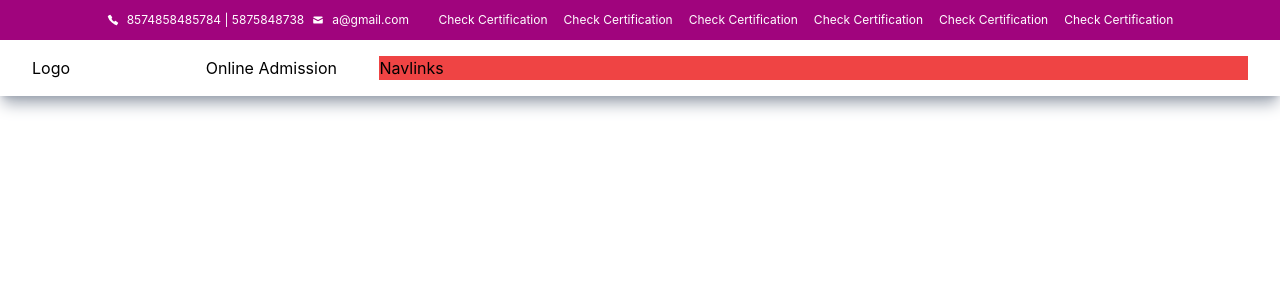
Repository: Sushant203/react-training-
Page: /
The author's editor kept a copy of each file at every save. The page is drawn from the files as they stood at one save, then again after the next save.
The browser window is 1280 px wide. The pictures show the whole page.
The project was rebuilt for these pictures with package versions that can differ from the ones it lists, and the page was loaded fresh each time. Also part of the build but not shown: src/App.css, src/components/LowerNav.jsx, src/components/UpperNav.jsx.

Above is the page before, as saved 2022-12-19 09:44:11.

### src/App.js

import './App.css';
import LowerNav from './components/LowerNav';
import UpperNav from './components/UpperNav';
import Layout from './Hoc/Layout/Layout'

function App() {
  return (
    <div>
     <Layout />
    </div>
  );
}

export default App;

### src/Hoc/Layout/Layout.jsx
import React from "react";
import Toolbar from "../../components/Naviagtion/Toolbar/index";

function Layout() {
  return (
    <div>
      {/* toolbar */}
      <Toolbar />
    </div>
  );
}

export default Layout;

### src/components/Naviagtion/Toolbar/index.jsx
import React from "react";
import Header from "./header";
import Secondary from "./Secondary";

function Index() {
  return (
    <div className="h-fit bg-mainColor w-screen shadow-lg shadow-gray-400 ">
      <Header />
      <Secondary />
    </div>
  );
}

export default Index;

### src/components/Naviagtion/Toolbar/header.jsx
import React from "react";
import { IoCallSharp } from "react-icons/io5";
import { HiMail } from "react-icons/hi";
function Header() {
  const NavLinks = [
    { title: "check certificate" },
    { title: "check certificate" },
    { title: "check certificate" },
    { title: "check certificate" },
    { title: "check certificate" },
    { title: "check certificate" },
  ];
  return (
    <div className="py-3  w-10/12 mx-auto flex items-center justify-between text-xs">
      {/* number and email */}
      <div className="flex gap-2  text-white">
        <div className="flex gap-2  items-center">
          <IoCallSharp />
          8574858485784 | 5875848738
        </div>
        <div className=" flex gap-2 items-center">
          <HiMail />
          a@gmail.com
        </div>
      </div>
      {/* navigation links */}
      <div className="text-white flex gap-4 text-xs ">
        {NavLinks.map((val, i) => {
          return (
            <div key={i} className="capitalize ">
              check certification
            </div>
          );
        })}
      </div>
    </div>
  );
}

export default Header;

### src/components/Naviagtion/Toolbar/Secondary.jsx
import React from "react";

function Secondary() {
  return (
    <div className="grid grid-cols-7 selection: justify-between px-8 w-full py-4 bg-white">
      <div>Logo</div>
      <div>Online Admission</div>
      <div className="col-span-5 bg-red-500">Navlinks</div>
    </div>
  );
}

export default Secondary;

### tailwind.config.js
/** @type {import('tailwindcss').Config} */
module.exports = {
  content: [
    "./src/**/*.{js,jsx,ts,tsx}",
  ],
  theme: {
    extend: {
      colors:{
        mainColor:'#A0047D'
      }
    },
  },
  plugins: [],
}

Loaded but not shown: public/index.html (common file); src/index.js (common file); src/index.css (common file); src/reportWebVitals.js (common file)

After the next save:
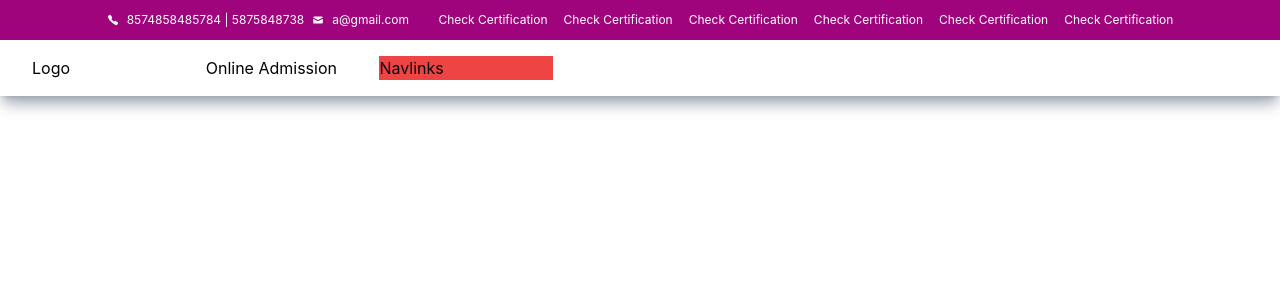
Saved 10 s later.
--- a/src/components/Naviagtion/Toolbar/Secondary.jsx
+++ b/src/components/Naviagtion/Toolbar/Secondary.jsx
@@ -5,7 +5,7 @@ function Secondary() {
     <div className="grid grid-cols-7 selection: justify-between px-8 w-full py-4 bg-white">
       <div>Logo</div>
       <div>Online Admission</div>
-      <div className="col-span-5 bg-red-500">Navlinks</div>
+      <div className=" bg-red-500">Navlinks</div>
     </div>
   );
 }

After the save that followed:
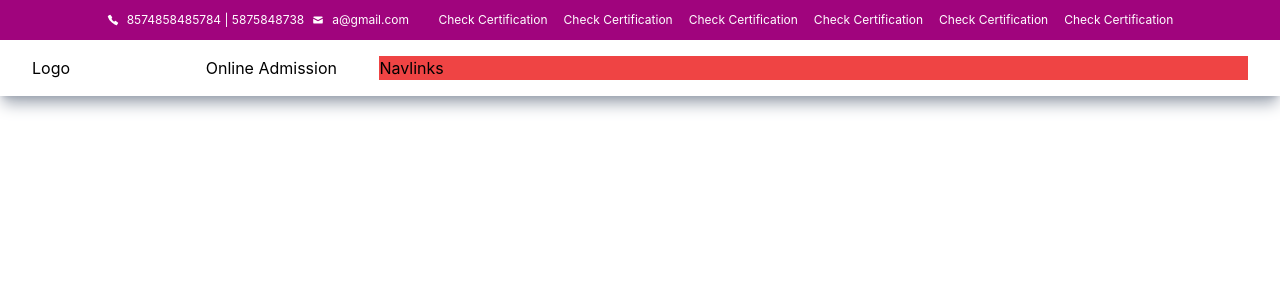
Saved 12 s later.
--- a/src/components/Naviagtion/Toolbar/Secondary.jsx
+++ b/src/components/Naviagtion/Toolbar/Secondary.jsx
@@ -5,7 +5,7 @@ function Secondary() {
     <div className="grid grid-cols-7 selection: justify-between px-8 w-full py-4 bg-white">
       <div>Logo</div>
       <div>Online Admission</div>
-      <div className=" bg-red-500">Navlinks</div>
+      <div className="col-span-5 bg-red-500">Navlinks</div>
     </div>
   );
 }
